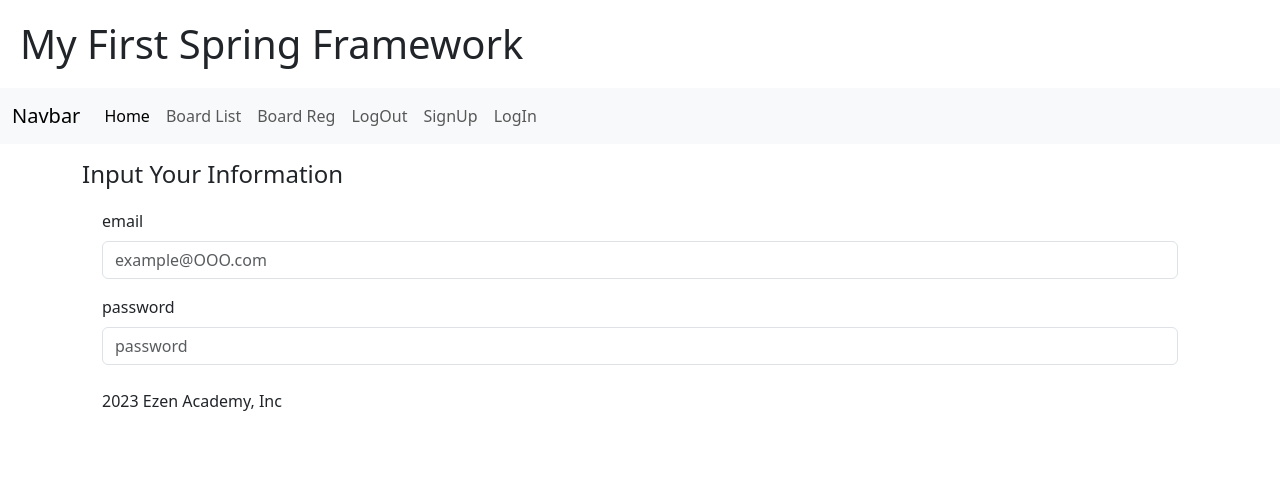
Repository: dhalfks/240115SpringProject
Page: http://localhost/spring_test2/WEB-INF/views/member/login.jsp
An editor plug-in stored every save of this project. The page is shown before and after the next save, followed by the edit.
The browser window is 1280 px wide. The pictures show the whole page.
The page is served by Tomcat 9. Nobody is signed in. Other server files are loaded and not shown. The template is opened directly, without the code that normally fills it, so the values that code supplies are empty.

Above is the page before, as saved 2024-01-15 01:08:43.

### spring_test2/src/main/webapp/WEB-INF/views/member/login.jsp
<%@ page language="java" contentType="text/html; charset=UTF-8"
    pageEncoding="UTF-8"%>
<%@ taglib prefix="c" uri="http://java.sun.com/jsp/jstl/core" %>

<jsp:include page="../layout/header.jsp" />
<jsp:include page="../layout/nav.jsp" />
<div class="container my-3">
<h4 class="mb-3">Input Your Information</h4>
	<form action="/member/login" method="post">
	<div class="mb-3">
	  <label for="e" class="form-label">email</label>
	  <input type="email" class="form-control" name="email" id="e" placeholder="example@OOO.com">
	</div>
	<div class="mb-3">
	  <label for="p" class="form-label">password</label>
	  <input type="password" class="form-control" name="pwd" id="p" placeholder="password">
	</div>
</form>


</div>

<jsp:include page="../layout/footer.jsp" />

### spring_test2/src/main/webapp/WEB-INF/views/layout/header.jsp
<%@ page language="java" contentType="text/html; charset=UTF-8"
    pageEncoding="UTF-8"%>
    <%@ taglib uri="http://java.sun.com/jsp/jstl/core" prefix="c"%>
<!DOCTYPE html>
<html>
<head>
<meta charset="UTF-8">
<title>Insert title here</title>
<link href="https://cdn.jsdelivr.net/npm/bootstrap@5.3.1/dist/css/bootstrap.min.css" rel="stylesheet" integrity="sha384-4bw+/aepP/YC94hEpVNVgiZdgIC5+VKNBQNGCHeKRQN+PtmoHDEXuppvnDJzQIu9" crossorigin="anonymous">
<script src="https://cdn.jsdelivr.net/npm/bootstrap@5.3.1/dist/js/bootstrap.bundle.min.js" integrity="sha384-HwwvtgBNo3bZJJLYd8oVXjrBZt8cqVSpeBNS5n7C8IVInixGAoxmnlMuBnhbgrkm" crossorigin="anonymous"></script>
<style type="text/css">
h1, p, h3, form{
margin: 20px;
}
</style>
</head>

<body>
<h1>My First Spring Framework</h1>

### spring_test2/src/main/webapp/WEB-INF/views/layout/nav.jsp
<%@ page language="java" contentType="text/html; charset=UTF-8"
    pageEncoding="UTF-8"%>
<%@ taglib uri="http://java.sun.com/jsp/jstl/core" prefix="c"%>

<header>
	<nav class="navbar navbar-expand-lg bg-body-tertiary">
  <div class="container-fluid">
    <a class="navbar-brand" href="/">Navbar</a>
    <button class="navbar-toggler" type="button" data-bs-toggle="collapse" data-bs-target="#navbarSupportedContent" aria-controls="navbarSupportedContent" aria-expanded="false" aria-label="Toggle navigation">
      <span class="navbar-toggler-icon"></span>
    </button>
    <div class="collapse navbar-collapse" id="navbarSupportedContent">
      <ul class="navbar-nav me-auto mb-2 mb-lg-0">
        <li class="nav-item">
          <a class="nav-link active" aria-current="page" href="/">Home</a>
        </li>
        <li class="nav-item">
          <a class="nav-link" href="/board/list">Board List</a>
        </li>

		<li class="nav-item">
		    <a class="nav-link" href="/board/register">Board Reg</a>
		</li>

        <li class="nav-item">
	        <a class="nav-link" href="">LogOut</a>
        </li>
        <li class="nav-item">
          <a class="nav-link" href="/member/register">SignUp</a>
        </li>
        <li class="nav-item">
          <a class="nav-link" href="">LogIn</a>
        </li>

      </ul>

    </div>
  </div>
</nav>
</header>

### spring_test2/src/main/webapp/WEB-INF/views/layout/footer.jsp
<%@ page language="java" contentType="text/html; charset=UTF-8"
    pageEncoding="UTF-8"%>
    <%@ taglib uri="http://java.sun.com/jsp/jstl/core" prefix="c"%>

<div class="container my-4">
	<p>2023 Ezen Academy, Inc</p>
</div>
</body>
</html>

After the next save:
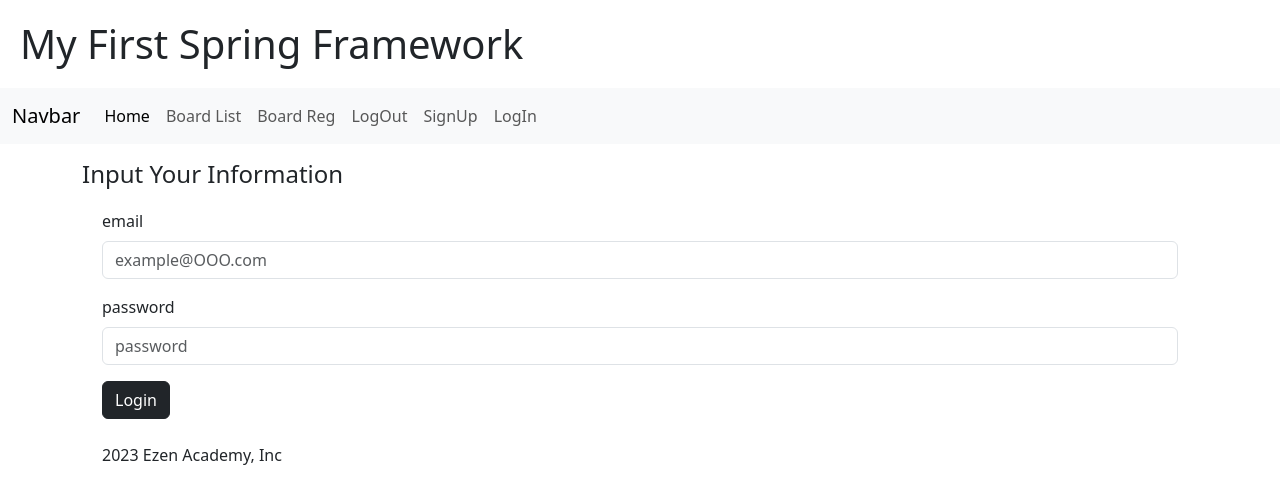
Saved 27 s later.
--- a/spring_test2/src/main/webapp/WEB-INF/views/member/login.jsp
+++ b/spring_test2/src/main/webapp/WEB-INF/views/member/login.jsp
@@ -15,6 +15,8 @@
 	  <label for="p" class="form-label">password</label>
 	  <input type="password" class="form-control" name="pwd" id="p" placeholder="password">
 	</div>
+
+	<button type="submit" class="btn btn-dark">Login</button>
 </form>
 
 
